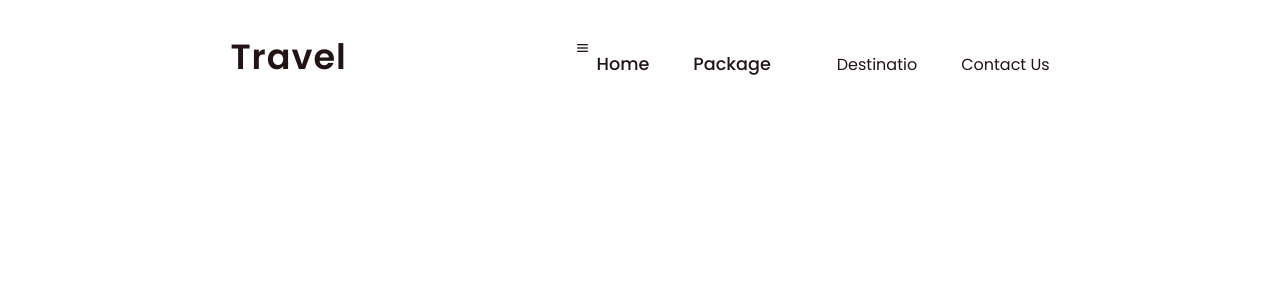
Repository: iamwind-dev/QLTourDuLich
Page: index.html
An editor plug-in stored every save of this project. The page is shown before and after a run of saves, followed by the edit.
The browser window is 1280 px wide. The pictures show the whole page.
Some web fonts or font styles are not loaded; a fallback is used.

Above is the page before, as saved 2023-11-05 22:33:41.

After the next 5 saves:
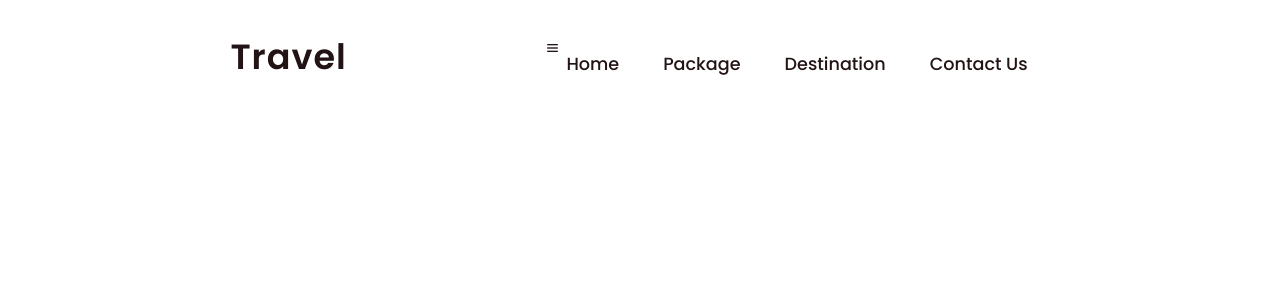
The 5 saves are shown as one change because they came seconds apart.
The last was saved 11 s later.
--- a/index.html
+++ b/index.html
@@ -20,8 +20,8 @@
         <ul class="navbar">
             <li><a href="#">Home</a></li>
             <li><a href="#">Package</a></li>
-            <li><a href="#"></a>Destinatio</li>
-            <li><a href="#"></a>Contact Us</li>
+            <li><a href="#">Destination</a></li>
+            <li><a href="#">Contact Us</a></li>
         </ul>
     </div>
 </header>
